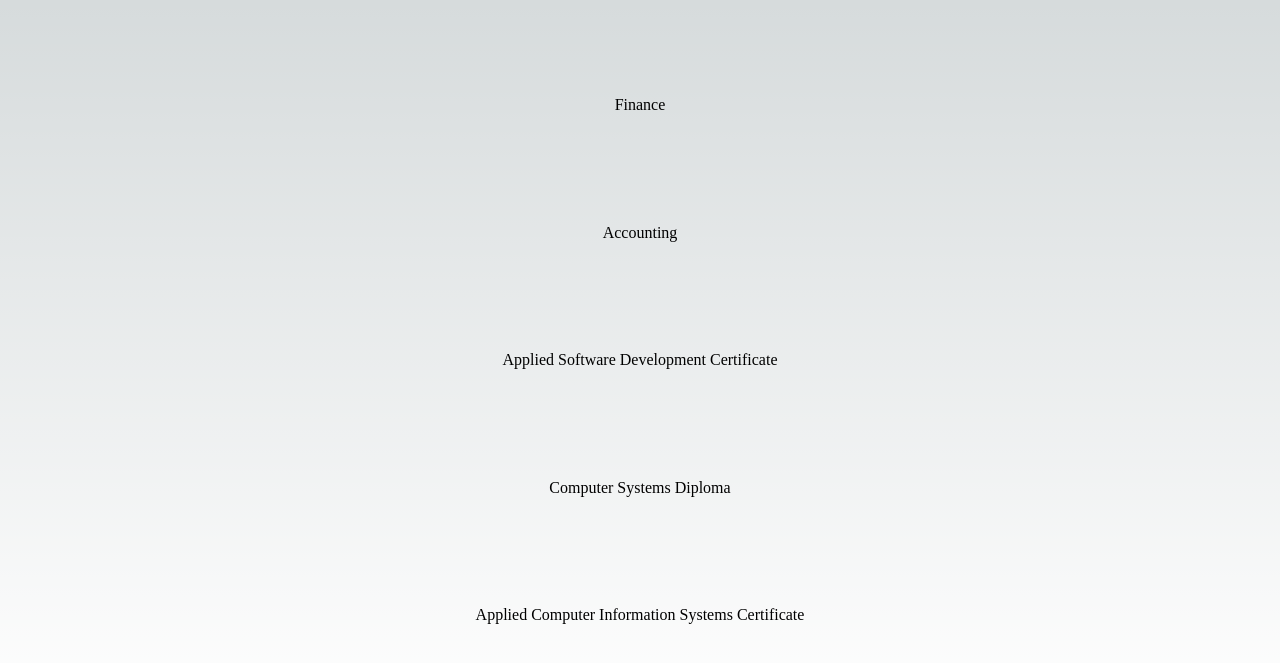
Repository: giovanabirck/mdia2109-class03
Page: / (app in example.map/)
An editor plug-in stored every save of this project. The page is shown before and after a run of saves, followed by the edit.
The browser window is 1280 px wide. The pictures show the whole page.
The project was rebuilt for these pictures with package versions that can differ from the ones it lists, and the page was loaded fresh each time. The framework's server and built-in components were replaced by stand-ins that run in the browser. Also part of the build but not shown: example.map/next.config.js.

Above is the page before, as saved 2023-01-19 14:57:53.

After the next 3 saves:
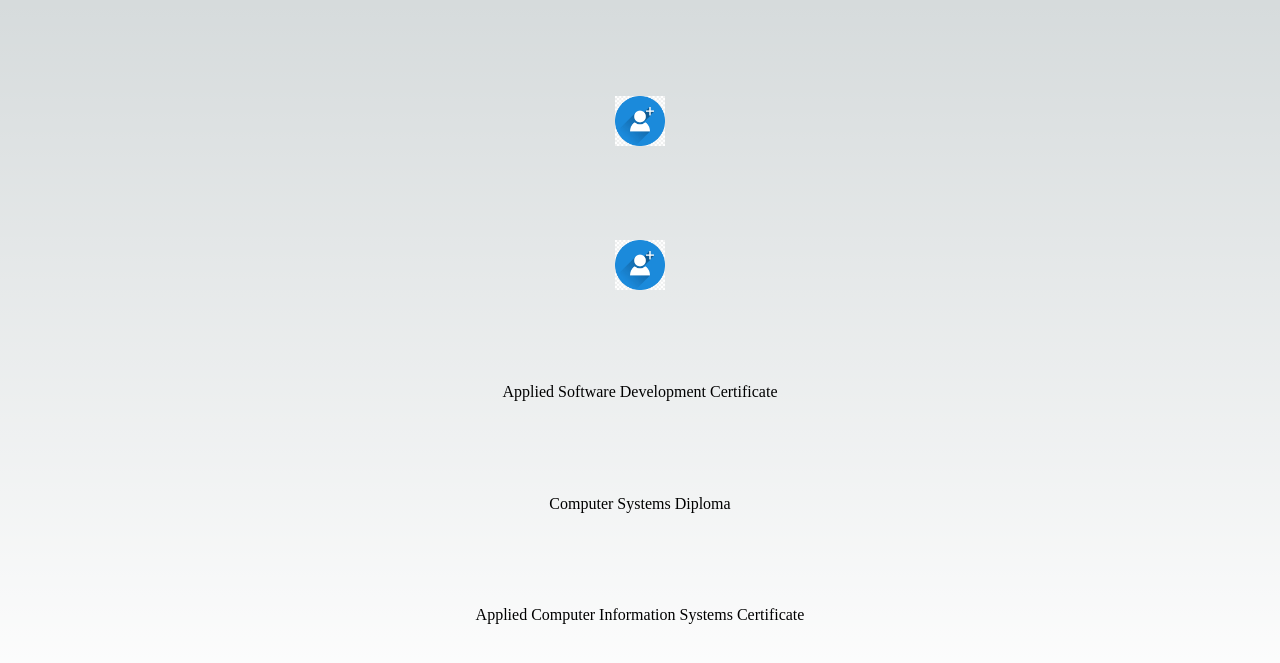
The 3 saves are shown as one change because 2 did not build or start.
The last was saved 34 s later.
--- a/example.map/pages/index.js
+++ b/example.map/pages/index.js
@@ -28,7 +28,7 @@ export default function Home() {
           information && information.map((info, index) => {
             if(info.department.toLowerCase() === "business") {
               return(
-                <div key={index}>{info.degree}</div>
+                <Card/>
               )
             }
           })
